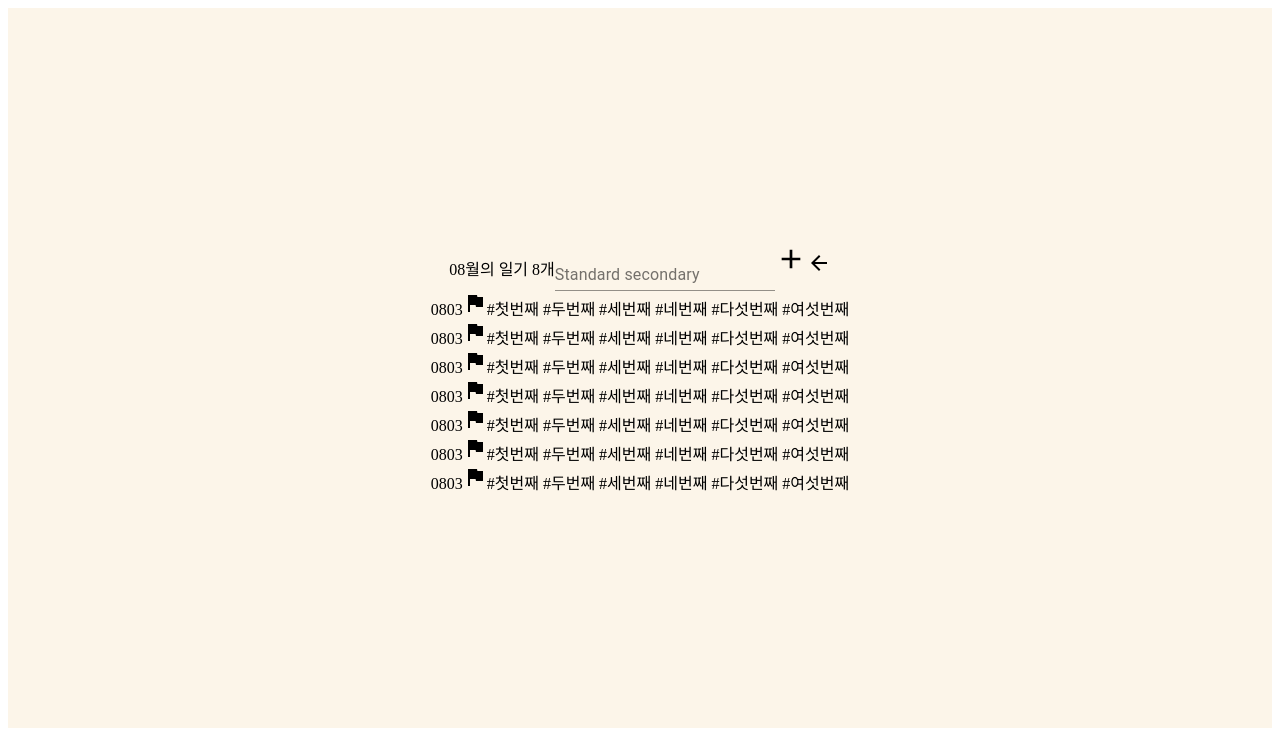
Repository: IMHANA/diary
Page: /list
These files come from the project's save history. The page is drawn as it stood at one moment and after the next save; the edit follows.
The browser window is 1280 px wide. The pictures show the whole page.
The project was rebuilt for these pictures with package versions that can differ from the ones it lists, and the page was loaded fresh each time. Also part of the build but not shown: src/App.css, src/pages/Main/main.js, src/pages/Month/month.js.

Above is the page before, as saved 2021-08-05 14:44:53.

After the next save:
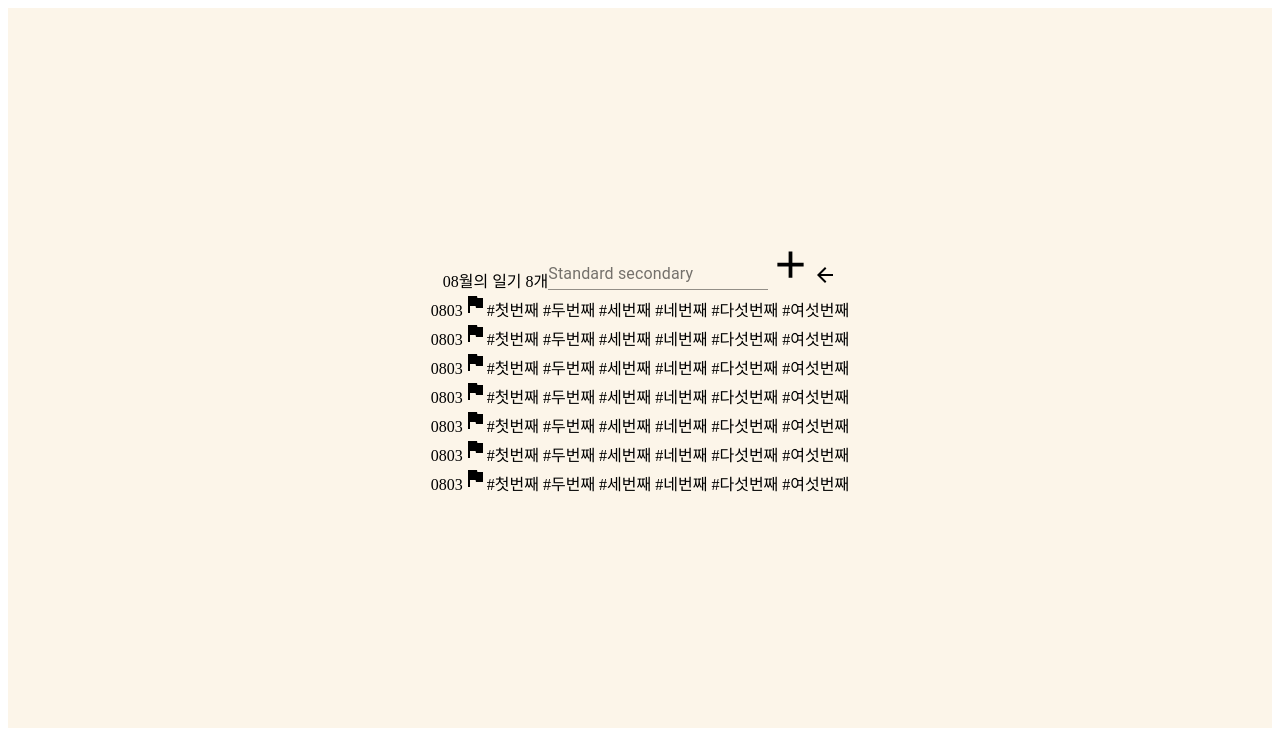
Saved 21 s later.
--- a/src/pages/DayList/dayList.js
+++ b/src/pages/DayList/dayList.js
@@ -9,7 +9,7 @@ export default class dayList extends Component {
                 <div>
                     <span>08</span><span>월의 일기 8개</span>
                     <TextField id="standard-secondary" label="Standard secondary" color="secondary" />
-                    <Add style={{fontSize: '32px'}}/>
+                    <Add style={{fontSize: '45px'}}/>
                     <ArrowBack />
                 </div>
                 <div>
